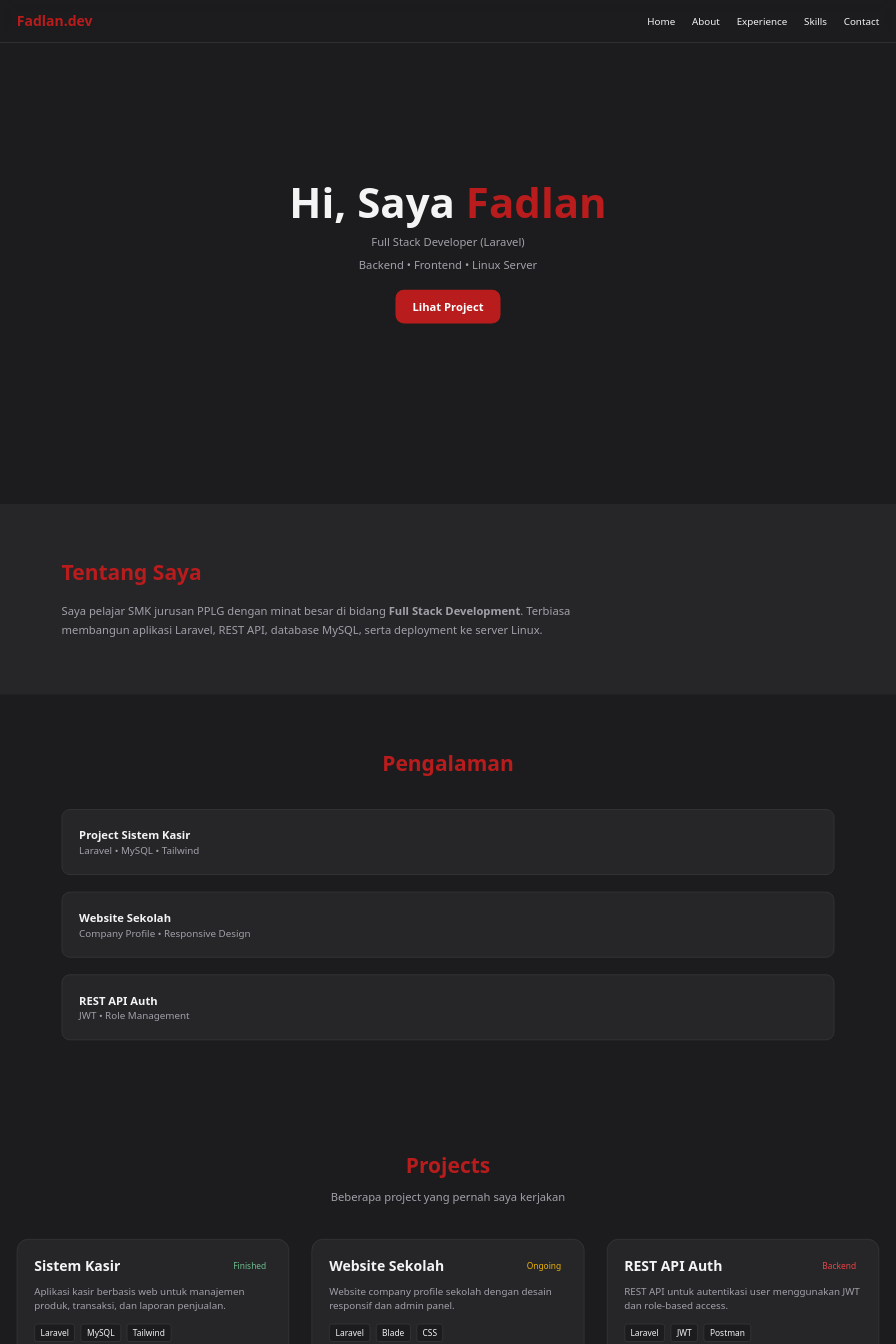
Repository: Fadlan079/Personal-Portfolio
Page: http://localhost/
These files come from the project's save history. The page is drawn as it stood at one moment and after the next save; the edit follows.
The browser window is 1280 px wide. The pictures show the part of the page from y = 0 to 1920 px (the page is 3179 px tall), at 70% of full size.
Some web libraries are served in a nearby version. The page is served by the project's Laravel application, run on PHP 8.4 with Laravel 12.

Above is the page before, as saved 2026-01-14 14:24:40.

After the next save:
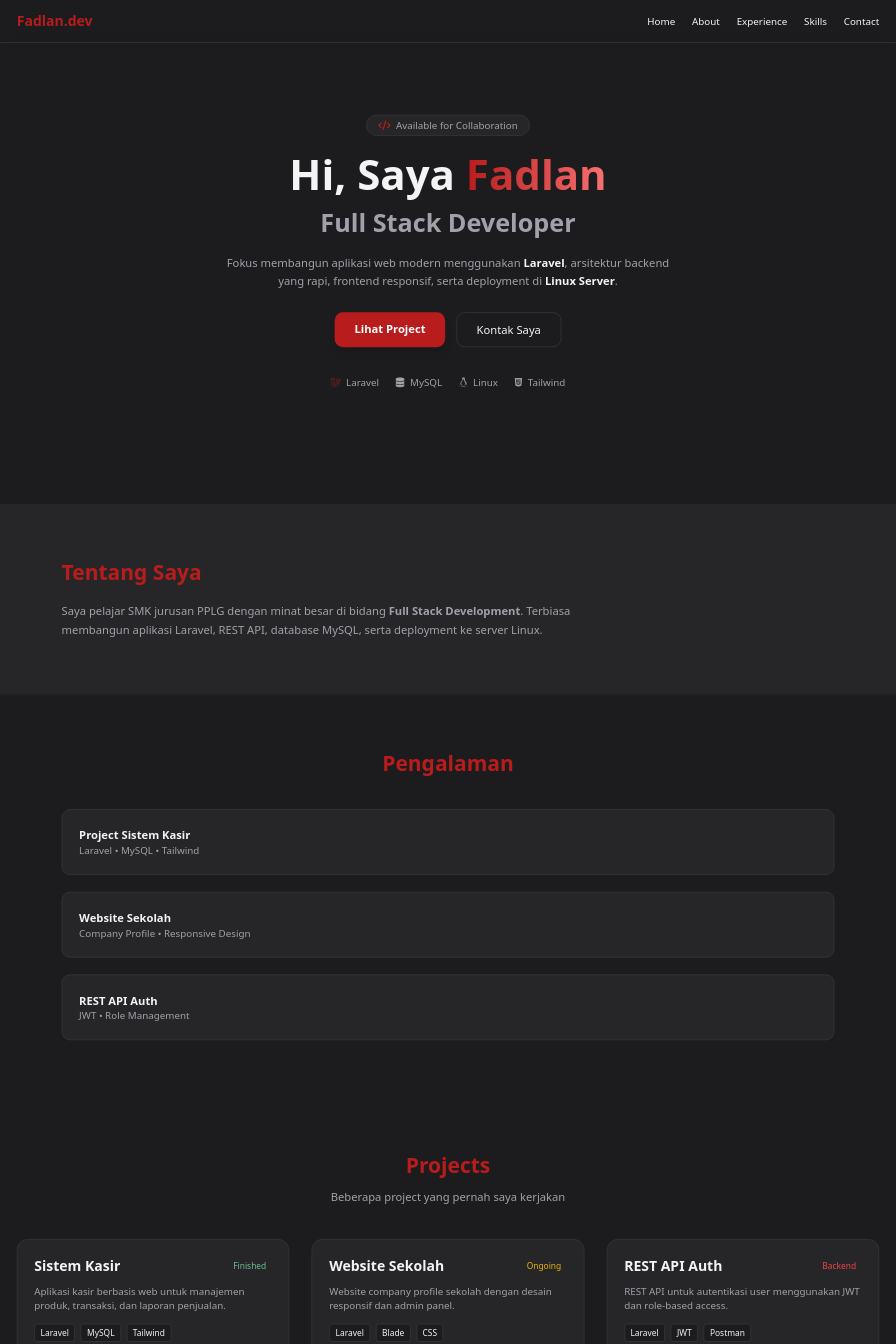
Saved 63 s later.
--- a/resources/views/portofolio.blade.php
+++ b/resources/views/portofolio.blade.php
@@ -82,23 +82,87 @@
 </nav>
 
 <!-- Hero -->
-<section id="home" class="min-h-screen flex items-center justify-center text-center px-6">
-  <div>
-    <h2 class="text-4xl md:text-6xl font-extrabold mb-4">
-      Hi, Saya <span class="text-primary">Fadlan</span>
+<section
+  id="home"
+  class="relative min-h-screen flex items-center justify-center px-6 overflow-hidden"
+>
+  <!-- Glow Background -->
+  <div class="absolute inset-0 -z-10">
+    <div class="absolute top-1/4 left-1/2 -translate-x-1/2 w-[500px] h-[500px]
+                bg-primary/20 blur-[120px] rounded-full"></div>
+  </div>
+
+  <div class="text-center max-w-3xl">
+    <!-- Badge -->
+    <span
+      class="inline-flex items-center gap-2 px-4 py-1 mb-6
+             rounded-full border border-border bg-surface text-sm text-muted"
+    >
+      <i class="fa-solid fa-code text-primary"></i>
+      Available for Collaboration
+    </span>
+
+    <!-- Title -->
+    <h2 class="text-4xl md:text-6xl font-extrabold mb-6 leading-tight">
+      Hi, Saya
+      <span
+        class="bg-gradient-to-r from-primary to-red-400
+               bg-clip-text text-transparent"
+      >
+        Fadlan
+      </span>
+      <br />
+      <span class="text-3xl md:text-4xl text-muted font-semibold">
+        Full Stack Developer
+      </span>
     </h2>
-    <p class="text-muted max-w-xl mx-auto mb-2">
-      Full Stack Developer (Laravel)
+
+    <!-- Description -->
+    <p class="text-muted max-w-2xl mx-auto mb-8 leading-relaxed">
+      Fokus membangun aplikasi web modern menggunakan
+      <strong class="text-text">Laravel</strong>,
+      arsitektur backend yang rapi, frontend responsif,
+      serta deployment di
+      <strong class="text-text">Linux Server</strong>.
     </p>
-    <p class="text-muted max-w-xl mx-auto mb-6">
-      Backend • Frontend • Linux Server
-    </p>
-    <a href="#projects"
-      class="inline-block px-6 py-3 bg-primary text-white font-semibold rounded-xl hover:opacity-90 transition">
-      Lihat Project
-    </a>
-  </div>
-</section>
+
+    <!-- CTA -->
+    <div class="flex justify-center gap-4 flex-wrap">
+      <a
+        href="#projects"
+        class="px-7 py-3 rounded-xl bg-primary text-white font-semibold
+               hover:opacity-90 transition shadow-lg shadow-primary/30"
+      >
+        Lihat Project
+      </a>
+
+      <a
+        href="#contact"
+        class="px-7 py-3 rounded-xl border border-border
+               hover:border-primary hover:text-primary transition"
+      >
+        Kontak Saya
+      </a>
+    </div>
+
+    <!-- Tech Stack -->
+    <div class="mt-10 flex justify-center gap-6 text-muted text-sm flex-wrap">
+      <span class="flex items-center gap-2">
+        <i class="fa-brands fa-laravel text-primary"></i> Laravel
+      </span>
+      <span class="flex items-center gap-2">
+        <i class="fa-solid fa-database"></i> MySQL
+      </span>
+      <span class="flex items-center gap-2">
+        <i class="fa-brands fa-linux"></i> Linux
+      </span>
+      <span class="flex items-center gap-2">
+        <i class="fa-brands fa-html5"></i> Tailwind
+      </span>
+    </div>
+  </div>
+</section>
+
 
 <!-- About -->
 <section id="about" class="py-20 bg-surface">
